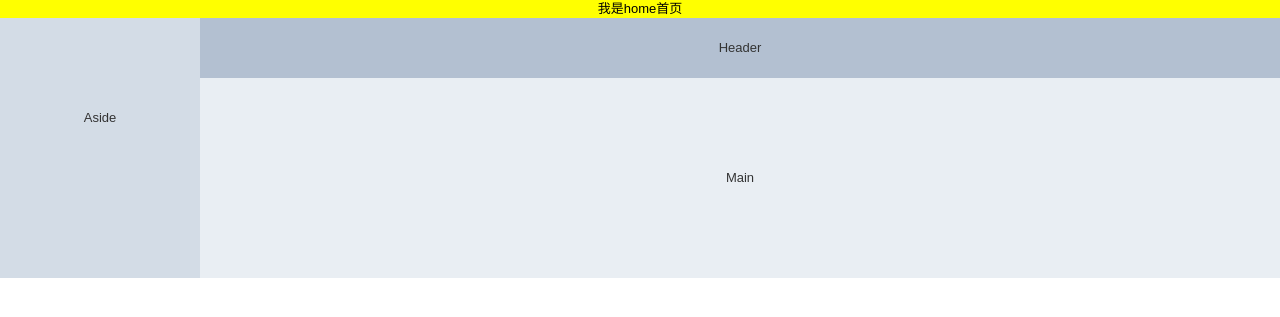
Repository: wuder-jie/Manager-System
Page: /home
An editor plug-in stored every save of this project. The page is shown before and after the next save, followed by the edit.
The browser window is 1280 px wide. The pictures show the whole page.
The project was rebuilt for these pictures with package versions that can differ from the ones it lists, and the page was loaded fresh each time. Also part of the build but not shown: vue.config.js.

Above is the page before, as saved 2022-11-28 13:45:09.

### src/main.js
import Vue from "vue";
import App from "./App.vue";
import ElementUI from "element-ui";
import "element-ui/lib/theme-chalk/index.css";
// 引入reset样式重置文件。
import "@/assets/css/reset.css";
// 引入图标样式
import "font-awesome/css/font-awesome.min.css";
// 引入axios
import service from "@/api/service.js";
// 引入路由器
import router from "@/router";
// 把axios挂载到原型，所有的vc都可访问。
Vue.prototype.service = service;
Vue.config.productionTip = false;
Vue.use(ElementUI);

new Vue({ router, render: (h) => h(App) }).$mount("#app");

### src/App.vue
<template>
  <div id="app">
    <router-view></router-view>
  </div>
</template>

<script>
export default {
  name: "app",
  data() {
    return {};
  },
  components: {},
  methods: {},
};
</script>
<style lang="scss">
.suc {
  background-color: red;
}
</style>

### src/assets/css/reset.css
body {
  font-family:arial,helvetica,sans-serif;
  font-size:13px;
  font-size-adjust:none;
  font-stretch:normal;
  font-style:normal;
  font-variant:normal;
  font-weight:normal;
  line-height:1.4;
  text-align:center;
  }
  *{
    margin: 0;
    padding: 0;
    box-sizing: border-box;
  }
  html,body,#app{
    width: 100%;
    height: 100%;
  }
  body, ul, ol, dl, dd, h1, h2, h3, h4, h5, h6, p, form, fieldset, legend, input, textarea, select, button, th, td {
  margin:0;
  padding:0;
  }
  h1, h2, h3, h4, h5, h6 {
  font-size:100%;
  font-weight:normal;
  }
  table {
  font-size:inherit;
  }
  input, select {
  font-family:arial,helvetica,clean,sans-serif;
  font-size:100%;
  font-size-adjust:none;
  font-stretch:normal;
  font-style:normal;
  font-variant:normal;
  font-weight:normal;
  line-height:normal;
  }
  button {
  overflow:visible;
  }
  th, em, strong, b, address, cite {
  font-style:normal;
  font-weight:normal;
  }
  li {
  list-style-image:none;
  list-style-position:outside;
  list-style-type:none;
  }
  img, fieldset {
  border:0 none;
  }
  ins {
  text-decoration:none;
  }

### src/api/service.js
import axios from "axios";
import { getToken } from "@/utils/localStorage.js";
const service = axios.create({
  baseURL: "/api2",
  timeout: 3000,
});
// 添加请求拦截器
service.interceptors.request.use(
  function (config) {
    // 在发送请求之前做些什么
    // 配置token到headers中。
    if (getToken("TOKEN")) {
      config.headers["token"] = getToken("TOKEN");
    }

    return config;
  },
  function (error) {
    // 对请求错误做些什么
    return Promise.reject(error);
  }
);

// 添加响应拦截器
service.interceptors.response.use(
  function (response) {
    // 对响应数据做点什么
    return response;
  },
  function (error) {
    // 对响应错误做点什么
    return Promise.reject(error);
  }
);
export default service;

### src/router/index.js
import Vue from "vue";
import Router from "vue-router";
Vue.use(Router);
const routes = [
  {
    path: "/",
    redirect: "/login",
  },
  {
    name: "Login",
    path: "/login",
    // 路由懒加载
    component: () => import("@/pages/login"),
  },
  {
    name: "NotFound",
    path: "*",
    // 路由懒加载
    component: () => import("@/components/common/NotFound.vue"),
  },
  {
    name: "Home",
    path: "/home",
    // 路由懒加载
    component: () => import("@/pages/home"),
    // 异步组件
    // component: (resolve) => require(["@/pages/home"], resolve),
  },
];

const router = new Router({
  mode: "history",
  routes,
});
export default router;

### src/utils/localStorage.js
export function setToken(key, value) {
  localStorage.setItem(key, value);
}
export function getToken(key) {
  return localStorage.getItem(key);
}
export function removeToken(key) {
  localStorage.removeItem(key);
}

### src/pages/home/index.vue
<template>
  <div id="home">
    <h3>我是home首页</h3>
    <el-container>
      <el-aside width="200px">Aside</el-aside>
      <el-container>
        <el-header>Header</el-header>
        <el-main>Main</el-main>
      </el-container>
    </el-container>
  </div>
</template>

<script>
export default {
  name: "HomeItem",
  data() {
    return {};
  },
  components: {},
  methods: {},
};
</script>
<style lang="scss" scoped>
#home {
  background-color: yellow;
  .el-button {
    color: red;
  }
  .el-header, .el-footer {
    background-color: #B3C0D1;
    color: #333;
    text-align: center;
    line-height: 60px;
  }

  .el-aside {
    background-color: #D3DCE6;
    color: #333;
    text-align: center;
    line-height: 200px;
  }

  .el-main {
    background-color: #E9EEF3;
    color: #333;
    text-align: center;
    line-height: 160px;
  }

  body > .el-container {
    margin-bottom: 40px;
  }

  .el-container:nth-child(5) .el-aside,
  .el-container:nth-child(6) .el-aside {
    line-height: 260px;
  }

  .el-container:nth-child(7) .el-aside {
    line-height: 320px;
  }
}
</style>

Loaded but not shown: public/index.html (common file)

After the next save:
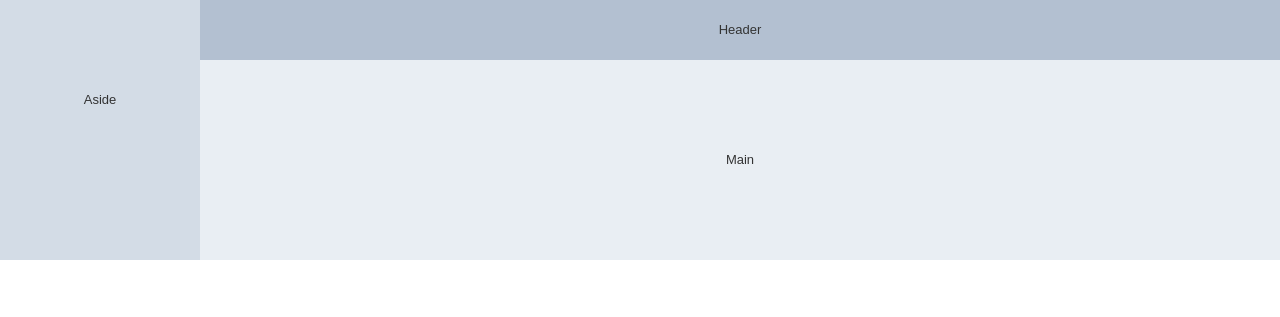
Saved 15 s later.
--- a/src/pages/home/index.vue
+++ b/src/pages/home/index.vue
@@ -1,6 +1,5 @@
 <template>
   <div id="home">
-    <h3>我是home首页</h3>
     <el-container>
       <el-aside width="200px">Aside</el-aside>
       <el-container>
